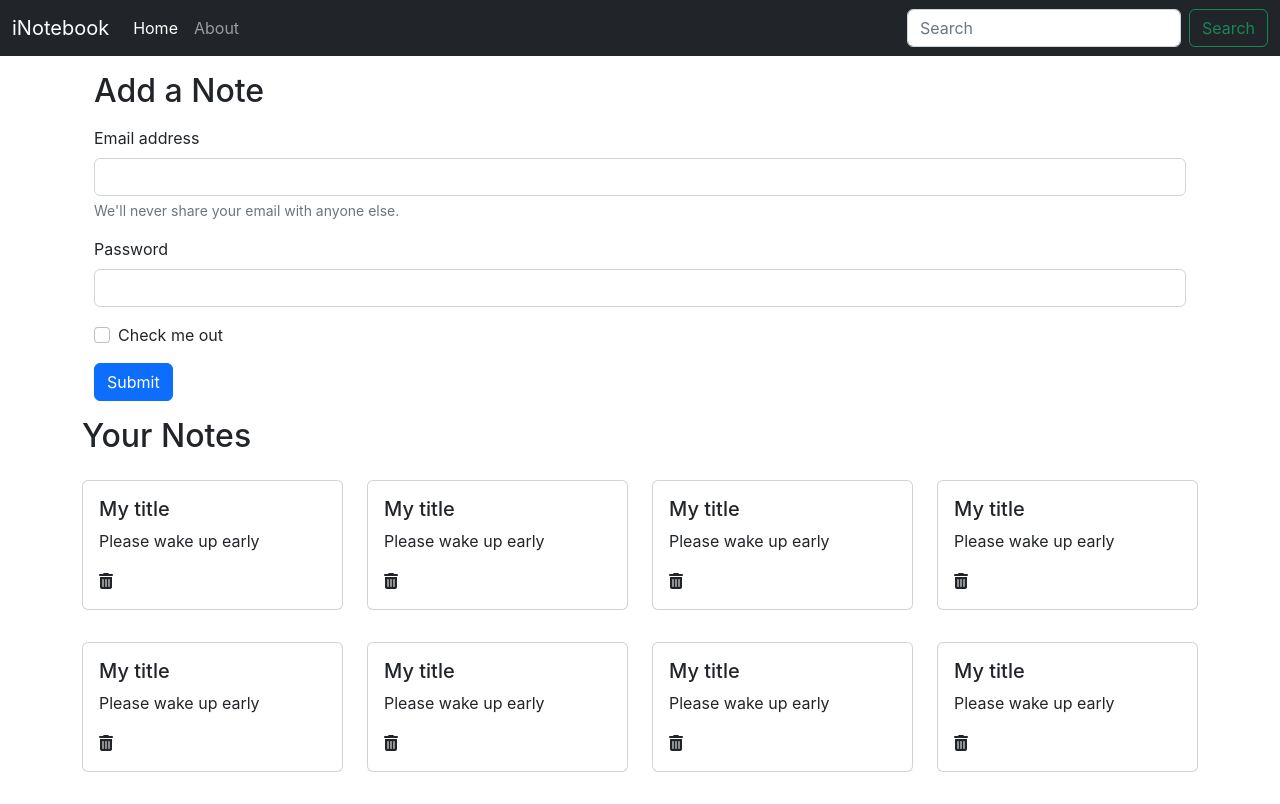
Repository: SatishPatil108/iNotebook-React
Page: /
An editor plug-in stored every save of this project. The page is shown before and after the next save, followed by the edit.
The browser window is 1280 px wide. The pictures show the whole page.
Some web libraries are served in a nearby version. The project was rebuilt for these pictures with package versions that can differ from the ones it lists, and the page was loaded fresh each time. Also part of the build but not shown: src/App.css, src/components/About.js.

Above is the page before, as saved 2022-07-24 18:27:40.

After the next save:
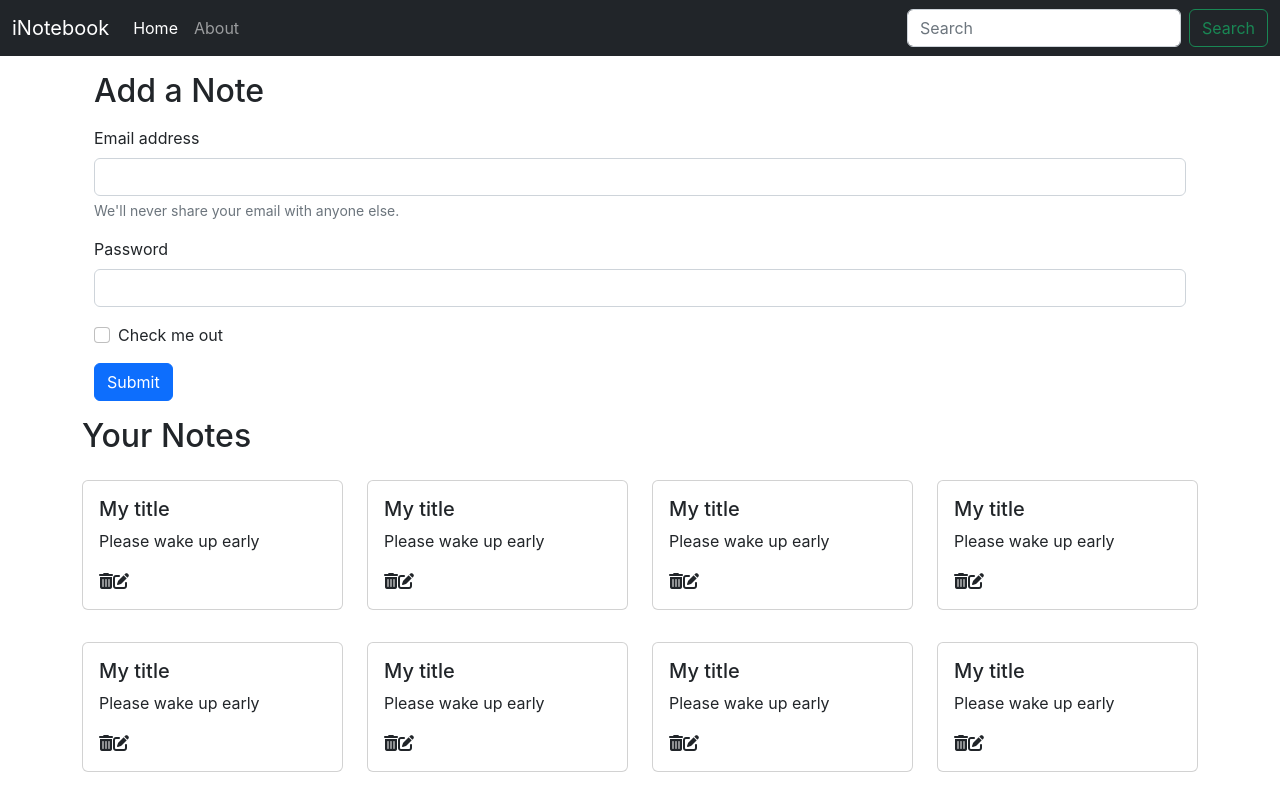
Saved 3 min 5 s later.
--- a/src/components/Noteitem.js
+++ b/src/components/Noteitem.js
@@ -9,6 +9,7 @@
                     <h5 class="card-title">{note.title}</h5>
                     <p class="card-text">{note.description}</p>
                     <i class="fa-solid fa-trash-can"></i>
+                    <i class="fa-solid fa-pen-to-square"></i>
                 </div>
             </div>
         </div>
